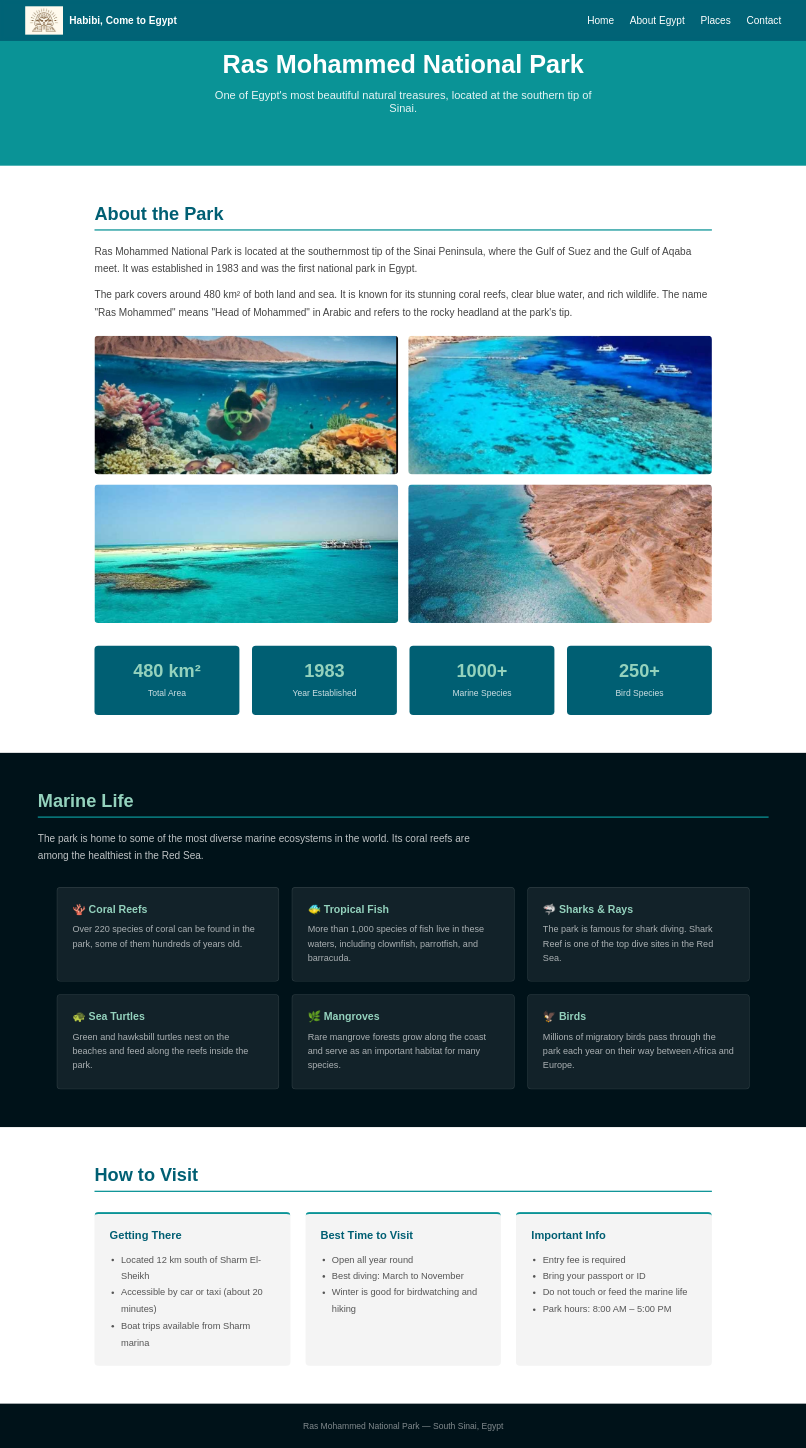
Repository: ibrahimmohammed-dev/Habibi-Come-to-egypt
Page: ras mohamed.html
An editor plug-in stored every save of this project. The page is shown before and after the next save, followed by the edit.
The browser window is 1280 px wide. The pictures show the whole page, at 63% of full size.

Above is the page before, as saved 2026-05-05 15:21:26.

### ras mohamed.html
<!DOCTYPE html>
<html lang="en">
<head>
  <meta charset="UTF-8" />
  <meta name="viewport" content="width=device-width, initial-scale=1.0"/>
  <title>Ras Mohammed National Park</title>
  <link rel="stylesheet" href="ras m style.css"/>
</head>
<body>

<!-- ================= start navbar ================= -->
<nav class="navbar">
  <div class="container">
    <div class="inner-navbar">

      <!-- تعديل: اللوجو بيرجع لـ index.html -->
      <a href="index.html" class="logo">
        <img src="images/logo-search-grid-2x.PNG" alt="Egypt">
        <span>Habibi, Come to Egypt</span>
      </a>

      <ul class="navlist">
        <li><a href="index.html">Home</a></li>
        <li><a href="index.html#about">About Egypt</a></li>
        <li><a href="index.html#location">Places</a></li>
        <li><a href="index.html#contact">Contact</a></li>
      </ul>

    </div>
  </div>
</nav>
<!-- ================= end navbar ================= -->

  <header>
    <h1>Ras Mohammed National Park</h1>
    <p>One of Egypt's most beautiful natural treasures, located at the southern tip of Sinai.</p>
  </header>

  <section id="about">
    <h2>About the Park</h2>
    <p>
      Ras Mohammed National Park is located at the southernmost tip of the Sinai Peninsula,
      where the Gulf of Suez and the Gulf of Aqaba meet. It was established in 1983 and was
      the first national park in Egypt.
    </p>
    <p>
      The park covers around 480 km² of both land and sea. It is known for its stunning coral
      reefs, clear blue water, and rich wildlife. The name "Ras Mohammed" means "Head of Mohammed"
      in Arabic and refers to the rocky headland at the park's tip.
    </p>

    <div class="photos">
      <img src="images/Screenshot 2026-04-30 172658.png"/>
      <img src="images/Screenshot 2026-04-30 172836.png"/>
      <img src="images/Screenshot 2026-04-30 174525.png" alt="Ras Mohammed" />
      <img src="images/s.png" alt="Ras Mohammed Cliff" />
    </div>

    <div class="stats">
      <div class="stat">
        <h3>480 km²</h3>
        <p>Total Area</p>
      </div>
      <div class="stat">
        <h3>1983</h3>
        <p>Year Established</p>
      </div>
      <div class="stat">
        <h3>1000+</h3>
        <p>Marine Species</p>
      </div>
      <div class="stat">
        <h3>250+</h3>
        <p>Bird Species</p>
      </div>
    </div>
  </section>

  <section id="marine" class="dark-section">
    <h2>Marine Life</h2>
    <p>The park is home to some of the most diverse marine ecosystems in the world. Its coral reefs are among the healthiest in the Red Sea.</p>
    <div class="cards">
      <div class="card">
        <h3>🪸 Coral Reefs</h3>
        <p>Over 220 species of coral can be found in the park, some of them hundreds of years old.</p>
      </div>
      <div class="card">
        <h3>🐠 Tropical Fish</h3>
        <p>More than 1,000 species of fish live in these waters, including clownfish, parrotfish, and barracuda.</p>
      </div>
      <div class="card">
        <h3>🦈 Sharks & Rays</h3>
        <p>The park is famous for shark diving. Shark Reef is one of the top dive sites in the Red Sea.</p>
      </div>
      <div class="card">
        <h3>🐢 Sea Turtles</h3>
        <p>Green and hawksbill turtles nest on the beaches and feed along the reefs inside the park.</p>
      </div>
      <div class="card">
        <h3>🌿 Mangroves</h3>
        <p>Rare mangrove forests grow along the coast and serve as an important habitat for many species.</p>
      </div>
      <div class="card">
        <h3>🦅 Birds</h3>
        <p>Millions of migratory birds pass through the park each year on their way between Africa and Europe.</p>
      </div>
    </div>
  </section>

  <section id="visit">
    <h2>How to Visit</h2>
    <div class="visit-grid">
      <div class="visit-box">
        <h3>Getting There</h3>
        <ul>
          <li>Located 12 km south of Sharm El-Sheikh</li>
          <li>Accessible by car or taxi (about 20 minutes)</li>
          <li>Boat trips available from Sharm marina</li>
        </ul>
      </div>
      <div class="visit-box">
        <h3>Best Time to Visit</h3>
        <ul>
          <li>Open all year round</li>
          <li>Best diving: March to November</li>
          <li>Winter is good for birdwatching and hiking</li>
        </ul>
      </div>
      <div class="visit-box">
        <h3>Important Info</h3>
        <ul>
          <li>Entry fee is required</li>
          <li>Bring your passport or ID</li>
          <li>Do not touch or feed the marine life</li>
          <li>Park hours: 8:00 AM – 5:00 PM</li>
        </ul>
      </div>
    </div>
  </section>

  <footer>
    <p>Ras Mohammed National Park — South Sinai, Egypt</p>
  </footer>

<button id="scrollBtn" onclick="window.scrollTo({top:0, behavior:'smooth'})">↑</button>

<script>
/* scroll to top button */
window.onscroll = function() {
    var btn = document.getElementById('scrollBtn');
    if (document.documentElement.scrollTop > 300) {
        btn.style.display = 'block';
    } else {
        btn.style.display = 'none';
    }
};
</script>
</body>
</html>

### ras m style.css
* {
  margin: 0;
  padding: 0;
  box-sizing: border-box;
}
html {
  scroll-behavior: smooth;
}
body {
  font-family: Arial, sans-serif;
  color: #333;
  background-color: #fff;
}

/* NAV */
/* ================= start navbar ================= */
.navbar {
  position: fixed;
  width: 100%;
  top: 0;
  z-index: 999;
  background: rgba(0, 95, 115, 0.9);
  backdrop-filter: blur(4px);
  padding: 10px 0;
}

.inner-navbar {
  display: flex;
  justify-content: space-between;
  align-items: center;
  padding: 0 40px;
}

.logo {
  display: flex;
  align-items: center;
  gap: 10px;
  text-decoration: none;
}

.logo img {
  width: 60px;
}

.logo span {
  color: white;
  font-weight: bold;
}

.navlist {
  display: flex;
  list-style: none;
  gap: 25px;
}

.navlist a {
  color: white;
  text-decoration: none;
  position: relative;
  transition: 0.3s;
}

.navlist a::after {
  content: "";
  position: absolute;
  left: 0;
  bottom: -5px;
  width: 0%;
  height: 2px;
  background: #94d2bd;
  transition: 0.3s;
}

.navlist a:hover { color: #94d2bd; }
.navlist a:hover::after { width: 100%; }
/* ================= end navbar ================= */
/* HEADER */
header {
  background-color: #0a9396;
  color: white;
  text-align: center;
  padding: 80px 40px;
}

header h1 {
  font-size: 2.5rem;
  margin-bottom: 16px;
}

header p {
  font-size: 1.1rem;
  max-width: 600px;
  margin: 0 auto;
  opacity: 0.9;
}

/* SECTIONS */
section {
  padding: 60px 60px;
  max-width: 1100px;
  margin: 0 auto;
}

section h2 {
  font-size: 1.8rem;
  color: #005f73;
  margin-bottom: 20px;
  border-bottom: 2px solid #0a9396;
  padding-bottom: 8px;
}

section p {
  font-size: 1rem;
  line-height: 1.7;
  margin-bottom: 14px;
  color: #444;
}

/* PHOTOS */
.photos {
  display: flex;
  gap: 16px;
  margin: 24px 0;
  flex-wrap: wrap;
}

.photos img {
  width: calc(50% - 8px);
  border-radius: 6px;
  object-fit: cover;
  height: 220px;
}

@media (max-width: 768px) {
  .photos img { width: 100%; }
}

/* STATS */
.stats {
  display: flex;
  gap: 20px;
  margin-top: 36px;
  flex-wrap: wrap;
}

.stat {
  background-color: #005f73;
  color: white;
  padding: 24px 28px;
  border-radius: 6px;
  text-align: center;
  flex: 1;
  min-width: 140px;
}

.stat h3 {
  font-size: 1.8rem;
  margin-bottom: 6px;
  color: #94d2bd;
}

.stat p {
  font-size: 0.85rem;
  color: rgba(255,255,255,0.8);
  margin: 0;
}

/* DARK SECTION */
.dark-section {
  background-color: #001219;
  max-width: 100%;
  padding: 60px;
  color: white;
}

.dark-section h2 {
  color: #94d2bd;
  border-bottom-color: #0a9396;
}

.dark-section > p {
  color: rgba(255,255,255,0.75);
  max-width: 700px;
  margin-bottom: 36px;
}

/* CARDS */
.cards {
  display: grid;
  grid-template-columns: repeat(3, 1fr);
  gap: 20px;
  max-width: 1100px;
  margin: 0 auto;
}

.card {
  background-color: rgba(255,255,255,0.07);
  border: 1px solid rgba(255,255,255,0.12);
  border-radius: 6px;
  padding: 24px;
}

.card h3 {
  font-size: 1.05rem;
  color: #94d2bd;
  margin-bottom: 10px;
}

.card p {
  font-size: 0.9rem;
  color: rgba(255,255,255,0.65);
  line-height: 1.6;
  margin: 0;
}

/* VISIT */
.visit-grid {
  display: grid;
  grid-template-columns: repeat(3, 1fr);
  gap: 24px;
  margin-top: 32px;
}

.visit-box {
  background-color: #f4f4f4;
  padding: 24px;
  border-radius: 6px;
  border-top: 3px solid #0a9396;
}

.visit-box h3 {
  font-size: 1.1rem;
  color: #005f73;
  margin-bottom: 14px;
}

.visit-box ul {
  padding-left: 18px;
}

.visit-box li {
  font-size: 0.92rem;
  color: #555;
  line-height: 1.8;
}

/* FOOTER */
footer {
  background-color: #001219;
  color: rgba(255,255,255,0.5);
  text-align: center;
  padding: 28px;
  font-size: 0.85rem;
}

/* RESPONSIVE */
@media (max-width: 768px) {
  nav { padding: 12px 20px; }
  header { padding: 50px 20px; }
  header h1 { font-size: 1.8rem; }
  section { padding: 40px 20px; }
  .dark-section { padding: 40px 20px; }
  .cards { grid-template-columns: 1fr; }
  .visit-grid { grid-template-columns: 1fr; }
  .stats { flex-direction: column; }
}

#scrollBtn {
  display: none;
  position: fixed;
  bottom: 30px;
  right: 30px;
  background-color: #005f73;
  color: white;
  border: none;
  padding: 12px 16px;
  font-size: 1.2rem;
  border-radius: 6px;
  cursor: pointer;
}
#scrollBtn:hover { background-color: #0a9396; }

After the next save:
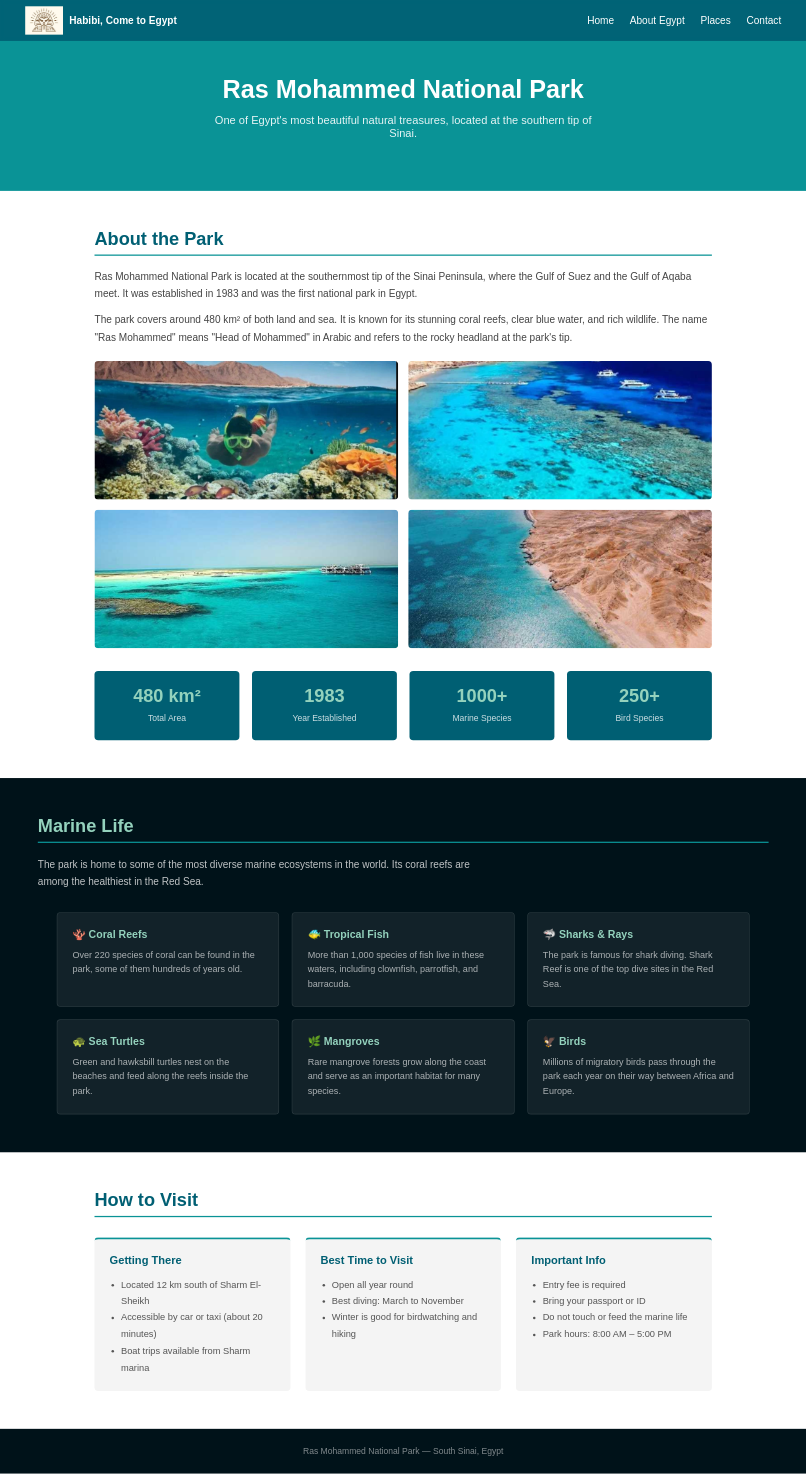
Saved 61 s later.
--- a/ras m style.css
+++ b/ras m style.css
@@ -79,7 +79,7 @@ header {
   background-color: #0a9396;
   color: white;
   text-align: center;
-  padding: 80px 40px;
+padding: 120px 40px 80px;
 }
 
 header h1 {
